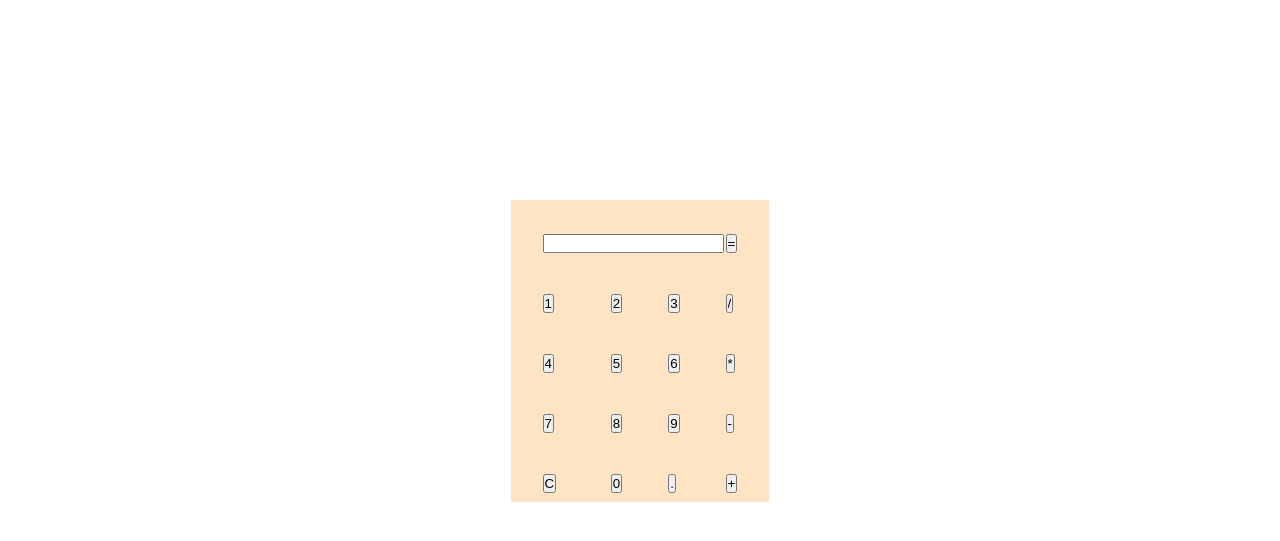
Repository: Seryozha02/CalculatorAndStopwatch
Page: calculator.html
The author's editor kept a copy of each file at every save. The page is drawn from the files as they stood at one save, then again after a run of saves.
The browser window is 1280 px wide. The pictures show the whole page.

Above is the page before, as saved 2022-10-03 00:22:30.

### calculator.html
<!DOCTYPE html>
<html lang="en">
  <head>
    <meta charset="UTF-8" />
    <meta http-equiv="X-UA-Compatible" content="IE=edge" />
    <meta name="viewport" content="width=device-width, initial-scale=1.0" />
    <link rel="stylesheet" href="calculator.css" />
    <title>Calculator</title>
  </head>
  <body>
    <table id="calculator">
      <tr>
        <td colspan="3"><input class="display-box" type="text" id="result"/></td>
        <td><input type="button" value="=" onclick="calculate()" id="btn"></td>
      </tr>
      <tr>
        <td><input type="button" value="1" onclick="display(('1'))" /></td>
        <td><input type="button" value="2" onclick="display(('2'))" /></td>
        <td><input type="button" value="3" onclick="display(('3'))" /></td>
        <td><input type="button" value="/" onclick="display(('/'))" /></td>
      </tr>
      <tr>
        <td><input type="button" value="4" onclick="display(('4'))"></td>
        <td><input type="button" value="5" onclick="display(('5'))"></td>
        <td><input type="button" value="6" onclick="display(('6'))"></td>
        <td><input type="button" value="*" onclick="display(('*'))"></td>
      </tr>
      <tr>
        <td><input type="button" value="7" onclick="display(('7'))"></td>
        <td><input type="button" value="8" onclick="display(('8'))"></td>
        <td><input type="button" value="9" onclick="display(('9'))"></td>
        <td><input type="button" value="-" onclick="display(('-'))"></td>
      </tr>
      <tr>
      <td><input type="button" value="C" onclick="cleareScreen()" id="btn"></td>
      <td><input type="button" value="0" onclick="display(('0'))"></td>
      <td><input type="button" value="." onclick="display(('.'))"></td>
      <td><input type="button" value="+" onclick="display(('+'))"></td>
    </tr>
    </table>
  </body>
  <script src="calculator.js"></script>
</html>

### calculator.css
* {
    margin: 0;
    padding: 0;
    text-decoration: none;
    box-sizing: border-box;
}

#calculator {
    background-color: bisque;
    margin: 0 auto;
    margin-top: 200px;
    padding: 0 30px;
    font-size: 50px;
}

Loaded but not shown: calculator.js (no copy from this time; the picture is the same without it)

After the next 3 saves:
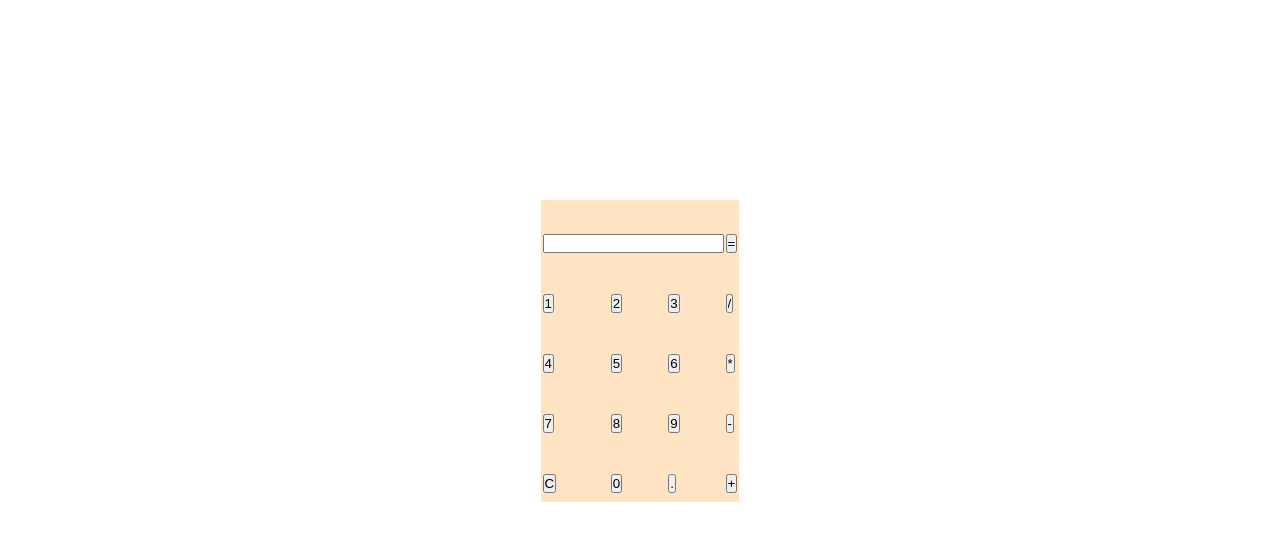
The 3 saves are shown as one change because they came seconds apart.
The last was saved 11 s later.
--- a/calculator.css
+++ b/calculator.css
@@ -9,6 +9,6 @@
     background-color: bisque;
     margin: 0 auto;
     margin-top: 200px;
-    padding: 0 30px;
+    padding: 0 0px;
     font-size: 50px;
 }
